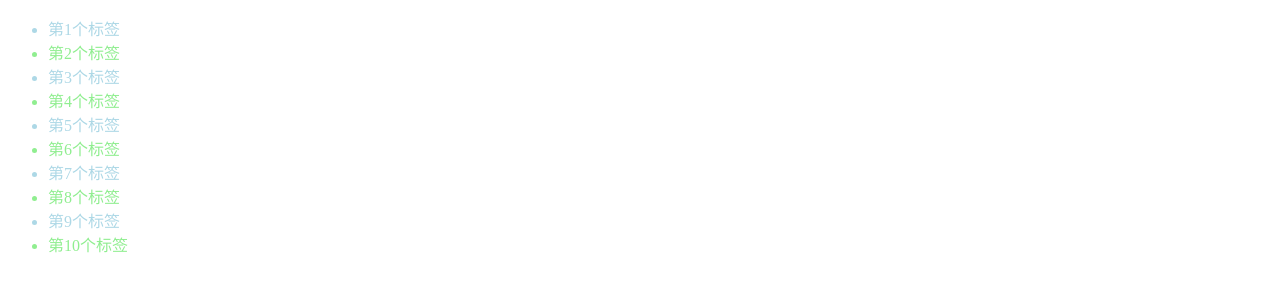
Repository: hawkWang2021/front-end-learing
Page: / (app in vue/day01/homework/demo/)
The author's editor kept a copy of each file at every save. The page is drawn from the files as they stood at one save, then again after the next save.
The browser window is 1280 px wide. The pictures show the whole page.
The project was rebuilt for these pictures with package versions that can differ from the ones it lists, and the page was loaded fresh each time. Also part of the build but not shown: vue/day01/homework/demo/webpack.config.js.

Above is the page before, as saved 2022-06-18 20:36:31.

After the next save:
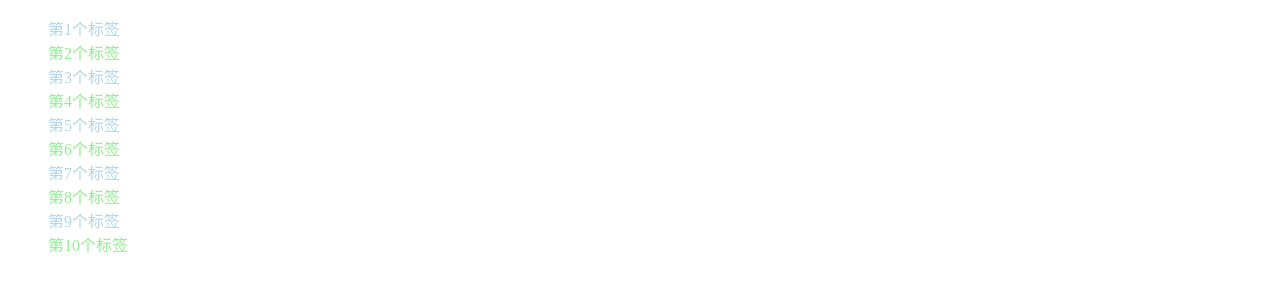
Saved 67 s later.
--- a/vue/day01/homework/demo/src/main.js
+++ b/vue/day01/homework/demo/src/main.js
@@ -1,3 +1,4 @@
 import $ from 'jquery'
+import './css/index.css'
 $('li:nth-child(odd)').css('color', 'lightblue')
 $('li:nth-child(even)').css('color', 'lightgreen')
